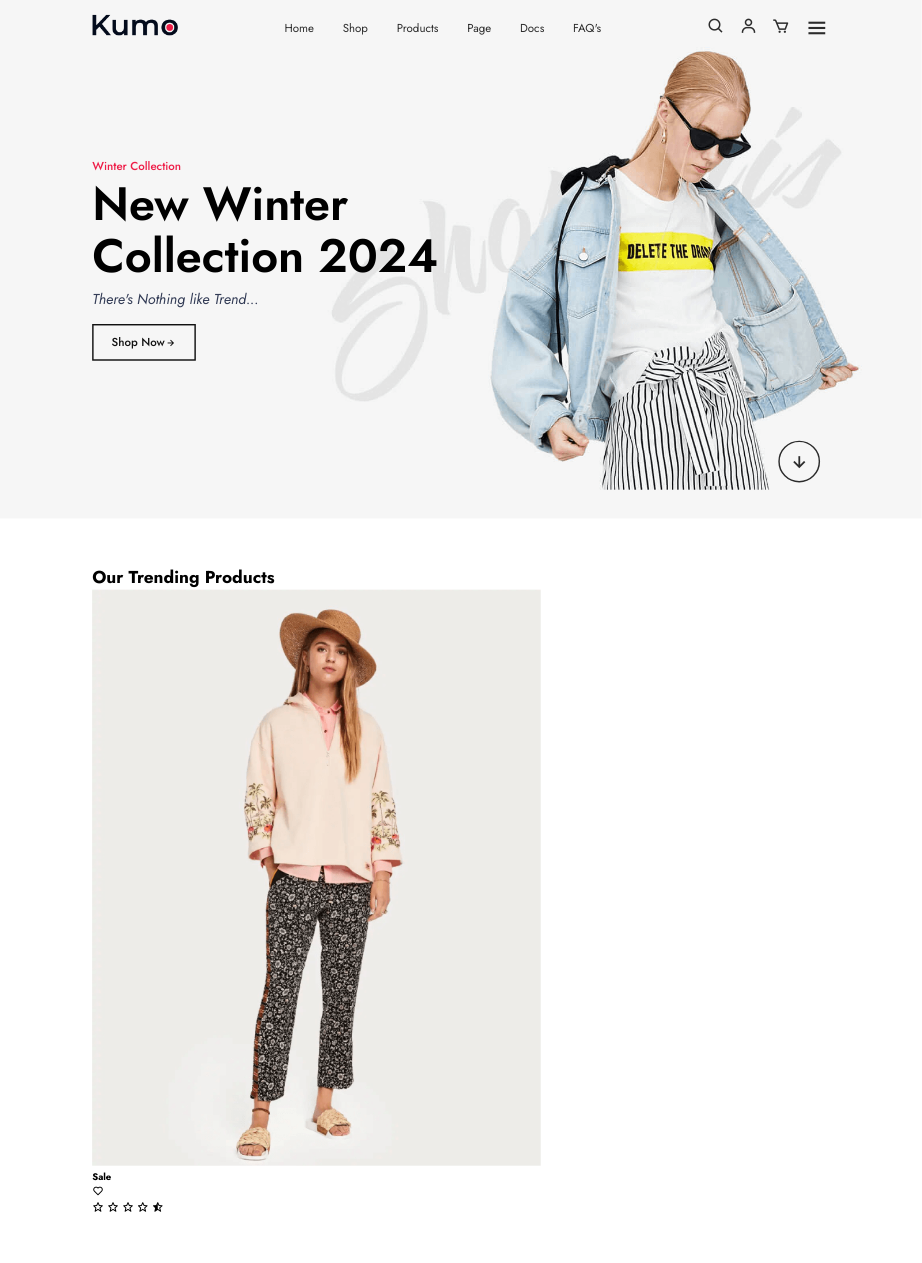
Repository: isaacCodes1/Kumo-Website.
Page: index.html
These files come from the project's save history. The page is drawn as it stood at one moment and after a run of saves; the edit follows.
The browser window is 1280 px wide. The pictures show the whole page, at 72% of full size.

Above is the page before, as saved 2024-03-22 13:23:36.

### index.html
<!DOCTYPE html>
<html lang="en">
  <head>
    <meta charset="UTF-8" />
    <meta http-equiv="X-UA-Compatible" content="IE=edge" />
    <meta name="viewport" content="width=device-width, initial-scale=1.0" />
    <!-- CSS Custom Link -->
    <link rel="stylesheet" href="style.css" />
    <link rel="preconnect" href="https://fonts.googleapis.com" />
    <link rel="preconnect" href="https://fonts.gstatic.com" crossorigin />
    <link
      href="https://fonts.googleapis.com/css2?family=Bricolage+Grotesque:opsz,wght@12..96,200..800&family=Jost:ital,wght@0,100..900;1,100..900&family=Montserrat:ital,wght@0,100..900;1,100..900&family=Poppins:ital,wght@0,100;0,200;0,300;0,400;0,500;0,600;0,700;0,800;0,900;1,100;1,200;1,300;1,400;1,500;1,600;1,700;1,800;1,900&display=swap"
      rel="stylesheet"
    />
    <link
      rel="stylesheet"
      href="https://cdnjs.cloudflare.com/ajax/libs/font-awesome/6.5.1/css/all.min.css"
      integrity="sha512-DTOQO9RWCH3ppGqcWaEA1BIZOC6xxalwEsw9c2QQeAIftl+Vegovlnee1c9QX4TctnWMn13TZye+giMm8e2LwA=="
      crossorigin="anonymous"
      referrerpolicy="no-referrer"
    />
    <link
      rel="stylesheet"
      href="https://unpkg.com/boxicons@latest/css/boxicons.min.css"
    />

    <title>My fashion Website.</title>
  </head>
  <body>
    <header>
      <a href="#" class="logo"><img src="Assets/logo.png" alt="" /></a>
      <ul class="navmenu">
        <li><a href="#">Home</a></li>
        <li><a href="#">Shop</a></li>
        <li><a href="#">Products</a></li>
        <li><a href="#">Page</a></li>
        <li><a href="#">Docs</a></li>
        <li><a href="#">FAQ's</a></li>
      </ul>
      <div class="nav-icon">
        <a href="#"><i class="bx bx-search"></i></a>
        <a href="#"><i class="bx bx-user"></i></a>
        <a href="#"><i class="bx bx-cart"></i></a>
        <div class="bx bx-menu" id="menu-icon"></div>
      </div>
    </header>
    <section class="main-home">
      <div class="main-text">
        <h5>Winter Collection</h5>
        <h1>New Winter <br />Collection 2024</h1>
        <p>There's Nothing like Trend...</p>
        <a href="#" class="main-btn"
          >Shop Now<i class="bx bx-right-arrow-alt"></i
        ></a>
      </div>
      <div class="down-arrow">
        <a href="#trending" class="down"
          ><i class="bx bx-down-arrow-alt"></i
        ></a>
      </div>
    </section>
    <!-- <trending-products-section-->
        <section class="trending-product"id="trending">
            <div class="center-text">
                <h2>Our Trending <span>Products</span></h2>
            </div>
            <div class="products">
                <div class="row">
                    <img src="/Assets/1.jpg" alt="">
                    <div class="product-text">
                        <h5>Sale</h5>
                    </div>
                    <div class="heart-icon">
                        <i class='bx bx-heart' ></i>
                    </div>
                    <div class="ratting">
                        <i class='bx bx-star' ></i>
                        <i class='bx bx-star' ></i>
                        <i class='bx bx-star' ></i>
                        <i class='bx bx-star' ></i>
                        <i class='bx bxs-star-half' ></i>
                    </div>
                    <div class="price">
                        <h4></h4>
                    </div>
                </div>
            </div>
        </section>
  </body>
</html>

### style.css
* {
  margin: 0;
  padding: 0;
  box-sizing: border-box;
  scroll-behavior: smooth;
  font-family: "Jost", sans-serif;
  list-style-type: none;
  text-decoration: none;
}
header {
  position: fixed;
  width: 100%;
  top: 0;
  right: 0;
  z-index: 1000;
  display: flex;
  align-items: center;
  justify-content: space-between;
  padding: 20px 10%;
}
.logo img {
  max-width: 120px;
  height: auto;
}
.navmenu {
  display: flex;
}
.navmenu li :hover {
  background: #000;
}
.navmenu a {
  color: #2c2c2c;
  font-size: 16px;
  text-transform: capitalize;
  padding: 10px 20px;
  font-weight: 400;
  transition: all 0.42s ease;
}
.navmenu a:hover {
  color: #ee1c47;
}
.nav-icon {
  display: flex;
  align-items: center;
}
.nav-icon i {
  margin-right: 20px;
  color: #2c2c2c;
  font-size: 25px;
  font-weight: 400;
  transition: all 0.42s ease;
}
.nav-icon i:hover {
  transform: scale(1.05);
  color: #ee1c47;
}
#menu-icon {
  font-size: 35px;
  color: #2c2c2c;
  z-index: 10001;
  cursor: pointer;
}
section {
  padding: 5% 10%;
}
.main-home {
  width: 100%;
  height: 100vh;
  background-image: url(Assets/banner-3.png);
  background-position: center;
  background-size: cover;
  display: grid;
  grid-template-columns: repeat(1, 1fr);
  align-items: center;
}
.main-text h5 {
  color: #ee1c47;
  font-size: 16px;

  text-transform: capitalize;
  font-weight: 500;
}
.main-text h1 {
  color: #000;
  font-size: 65px;
  text-transform: capitalize;
  line-height: 1.1;
  font-weight: 600;
  margin: 6px 0 10px;
}
.main-text p{
    color: #333c56;
    font-size: 20px;
    font-style: italic;
    margin-bottom: 20px;
}
.main-btn{
    display: inline-block;
    color: #111;
    font-size: 16px;
    font-weight: 500;
    text-transform: capitalize;
    border: 2px solid#111;
    padding: 12px 25px;
    transition: all .42s ease;
}
.main-btn:hover{
    background: #000;
    color: #fff;
}
.main-btn i{
    vertical-align: middle;
}
.down-arrow{
    position: absolute;
    top: 85%;
    right: 11%;
}
.down i{
    font-size: 30px;
    color: #2c2c2c;
    border: 2px solid #2c2c2c;
    border-radius: 50px;
    padding: 12px 12px;
}
.down i:hover{
    background: #2c2c2c;
    color:#fff;
    transition: all .42s ease;
}

After the next 4 saves:
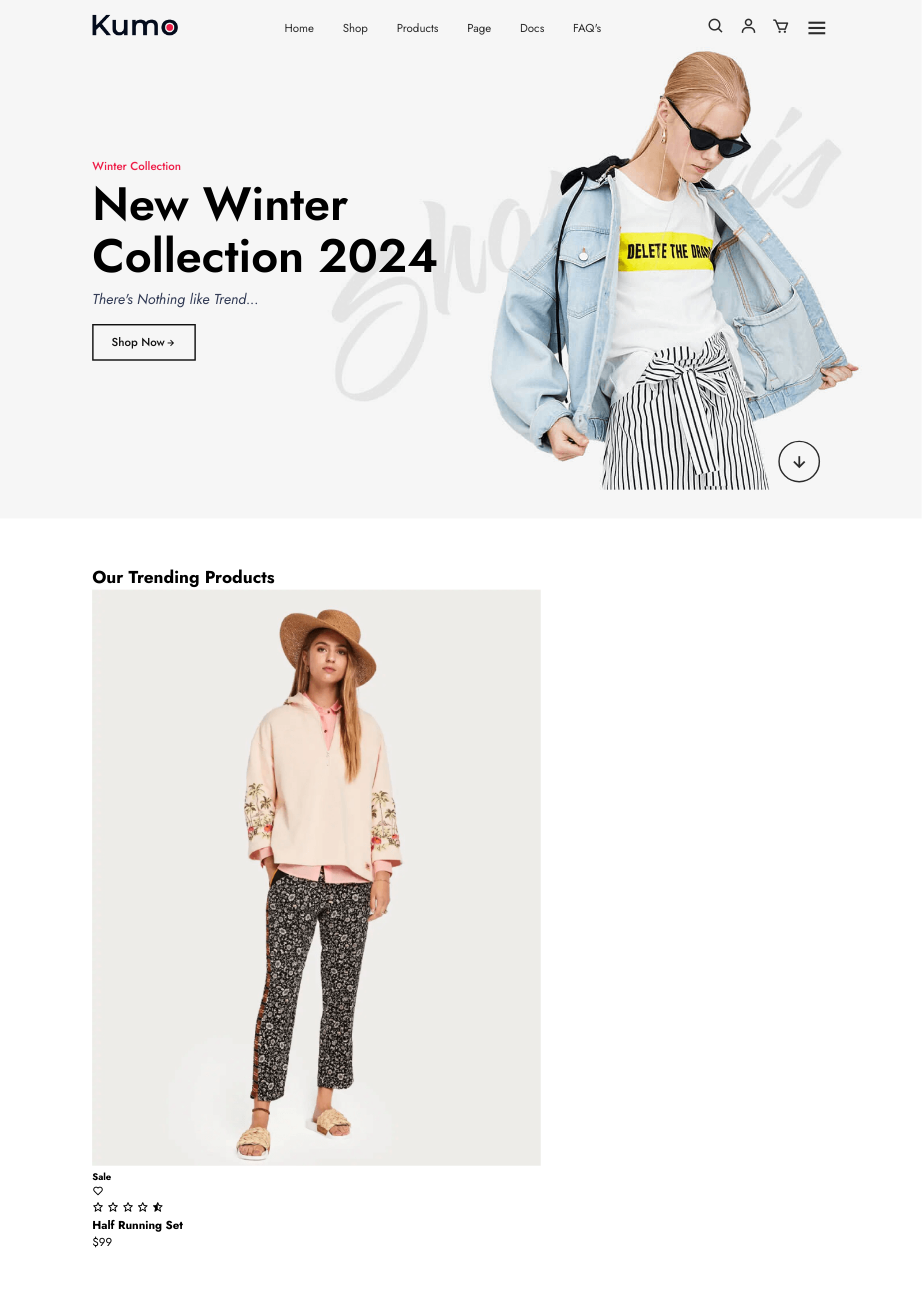
The 4 saves are shown as one change because they came seconds apart.
The last was saved 16 s later.
--- a/index.html
+++ b/index.html
@@ -81,7 +81,8 @@
                         <i class='bx bxs-star-half' ></i>
                     </div>
                     <div class="price">
-                        <h4></h4>
+                        <h4>Half Running Set</h4>
+                        <p>$99</p>
                     </div>
                 </div>
             </div>
